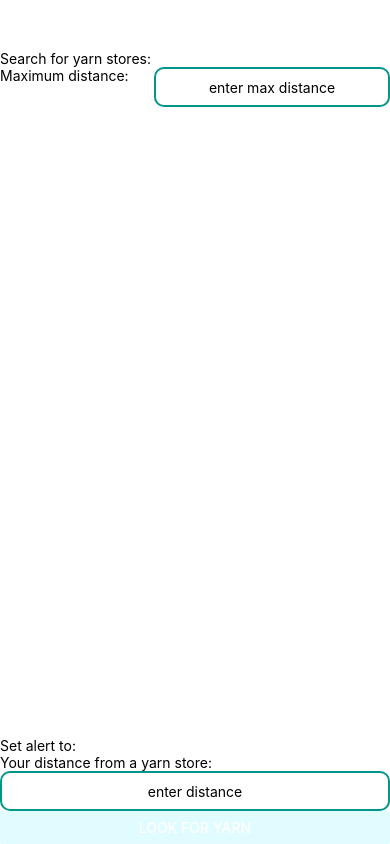
Repository: anuslorah/StashEnhancer
Screen: / (app in StashEnhancer1/)
These files come from the project's save history. The screen is drawn as it stood at one moment and after the next save; the edit follows.
The app was drawn by React Native's web renderer in a window 390 px wide. The project was rebuilt for these pictures with package versions that can differ from the ones it lists, and the page was loaded fresh each time.

Above is the screen before, as saved 2019-06-27 18:18:04.

### StashEnhancer1/App.js
import React from 'react';
import { StyleSheet, Text, TextInput, Button, View } from 'react-native';

export default function App() {
  return (
    <View style={styles.container}>
      <Text>Search for yarn stores:</Text>
      <View style={styles.row}>
        <Text>Maximum distance:</Text>
        <TextInput
            placeholder="enter max distance"
            underlineColorAndroid='transparent'
            style={styles.TextInputStyle}
            keyboardType={'numeric'}></TextInput>
      </View>
      <Text>Set alert to:</Text>
      <View>
        <Text>Your distance from a yarn store:</Text>
        <TextInput
            placeholder="enter distance"
            underlineColorAndroid='transparent'
            style={styles.TextInputStyle}
            keyboardType={'numeric'}></TextInput>
      </View>
      <Button
        // onPress={onPressLearnMore}
        title="look for yarn"
        color="#e1fcff"
        accessibilityLabel="search for yarn stores"
      />
    </View>
  );
}

const styles = StyleSheet.create({
  container: {
    flex: 1,
    backgroundColor: '#fff',
    // alignItems: 'center',
    // justifyContent: 'center',
    marginTop: 50
  },
  TextInputStyle: {
    textAlign: 'center',
    height: 40,
    borderRadius: 10,
    borderWidth: 2,
    borderColor: '#009688',
    padding: 7
  },
  row: {
    flex: 1,
    flexDirection: 'row',
    justifyContent: 'space-between',
    marginBottom: 5
  },
  box: {
    flex: 1,
    height: 100,
    backgroundColor: '#333',
  },
});

After the next save:
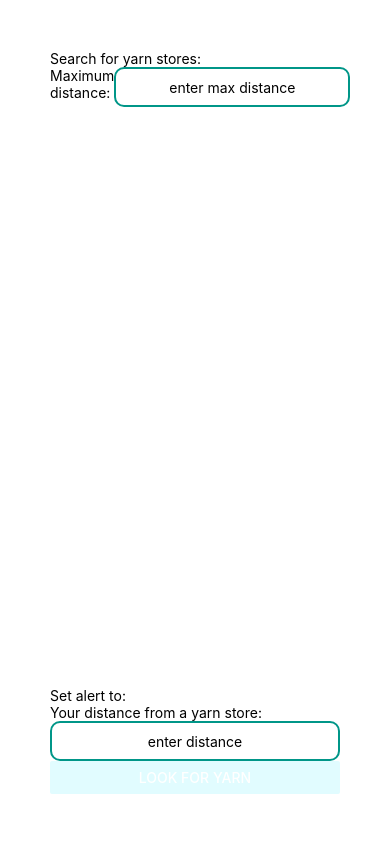
Saved 90 s later.
--- a/StashEnhancer1/App.js
+++ b/StashEnhancer1/App.js
@@ -26,8 +26,7 @@ export default function App() {
         // onPress={onPressLearnMore}
         title="look for yarn"
         color="#e1fcff"
-        accessibilityLabel="search for yarn stores"
-      />
+        accessibilityLabel="search for yarn stores" />
     </View>
   );
 }
@@ -38,7 +37,7 @@ const styles = StyleSheet.create({
     backgroundColor: '#fff',
     // alignItems: 'center',
     // justifyContent: 'center',
-    marginTop: 50
+    margin: 50,
   },
   TextInputStyle: {
     textAlign: 'center',
@@ -54,9 +53,4 @@ const styles = StyleSheet.create({
     justifyContent: 'space-between',
     marginBottom: 5
   },
-  box: {
-    flex: 1,
-    height: 100,
-    backgroundColor: '#333',
-  },
 });
